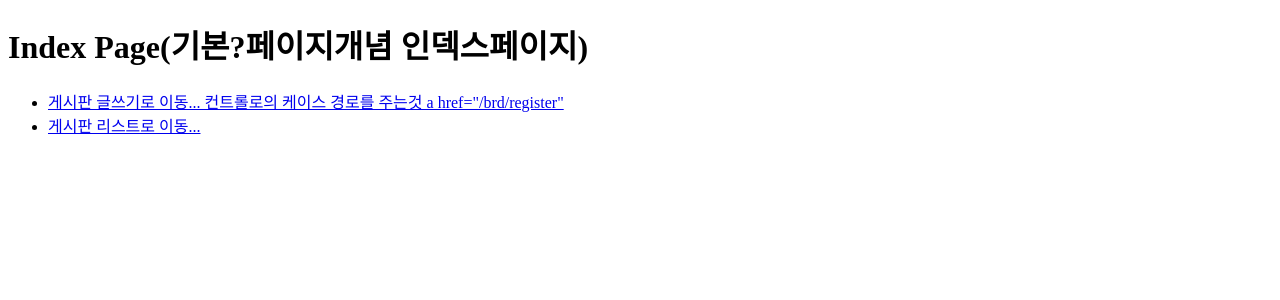
Repository: gatsby5959/_jsp_workspace_brd-mem_copy
Page: http://localhost/jsp_BoardMember/
An editor plug-in stored every save of this project. The page is shown before and after the next save, followed by the edit.
The browser window is 1280 px wide. The pictures show the whole page.
The page is served by Tomcat 9. Other server files are loaded and not shown.

Above is the page before, as saved 2023-09-07 12:03:21.

### jsp_BoardMember/src/main/webapp/index.jsp
<%@ page language="java" contentType="text/html; charset=UTF-8"
    pageEncoding="UTF-8"%>
<!DOCTYPE html>
<html>
<head>
<meta charset="UTF-8">
<title>Insert title here</title>
</head>
<body>
<h1>Index Page(기본?페이지개념 인덱스페이지)</h1>
<ul>
	<li>
		<a href="/brd/register">게시판 글쓰기로 이동...   컨트롤로의 케이스 경로를 주는것 a href="/brd/register"   </a>
	</li>
	<li>
		<a href="/brd/list">게시판 리스트로 이동...</a>
	</li>
</ul>
</body>
</html>

After the next save:
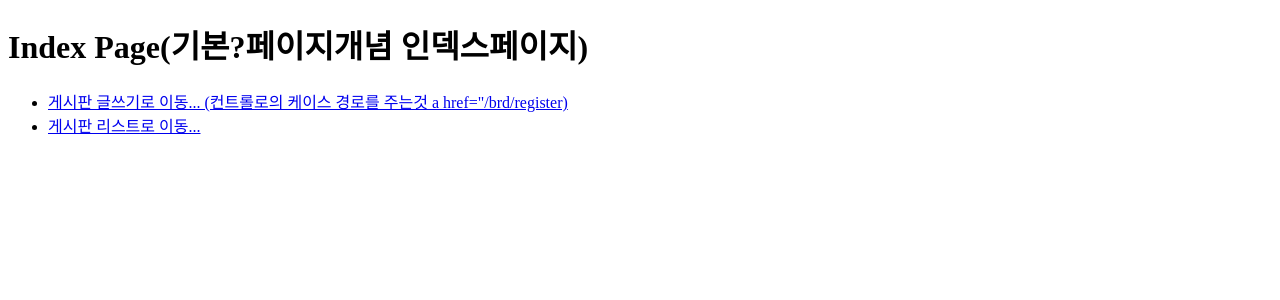
Saved 26 min 28 s later.
--- a/jsp_BoardMember/src/main/webapp/index.jsp
+++ b/jsp_BoardMember/src/main/webapp/index.jsp
@@ -10,7 +10,7 @@
 <h1>Index Page(기본?페이지개념 인덱스페이지)</h1>
 <ul>
 	<li>
-		<a href="/brd/register">게시판 글쓰기로 이동...   컨트롤로의 케이스 경로를 주는것 a href="/brd/register"   </a>
+		<a href="/brd/register">게시판 글쓰기로 이동... (컨트롤로의 케이스 경로를 주는것 a href="/brd/register)  </a>
 	</li>
 	<li>
 		<a href="/brd/list">게시판 리스트로 이동...</a>
